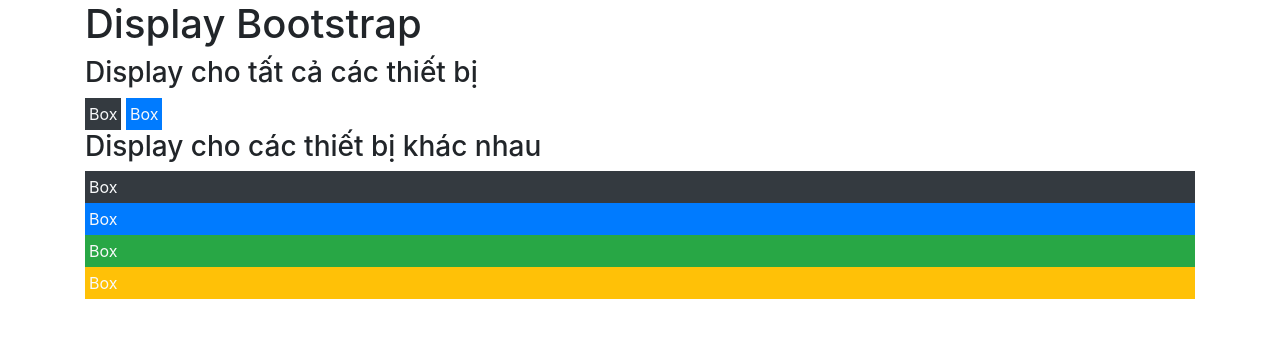
Repository: anhtu2110/front_end
Page: lesson/bootstrap/box/4.4-display.html
An editor plug-in stored every save of this project. The page is shown before and after the next save, followed by the edit.
The browser window is 1280 px wide. The pictures show the whole page.

Above is the page before, as saved 2022-12-02 08:38:22.

After the next save:
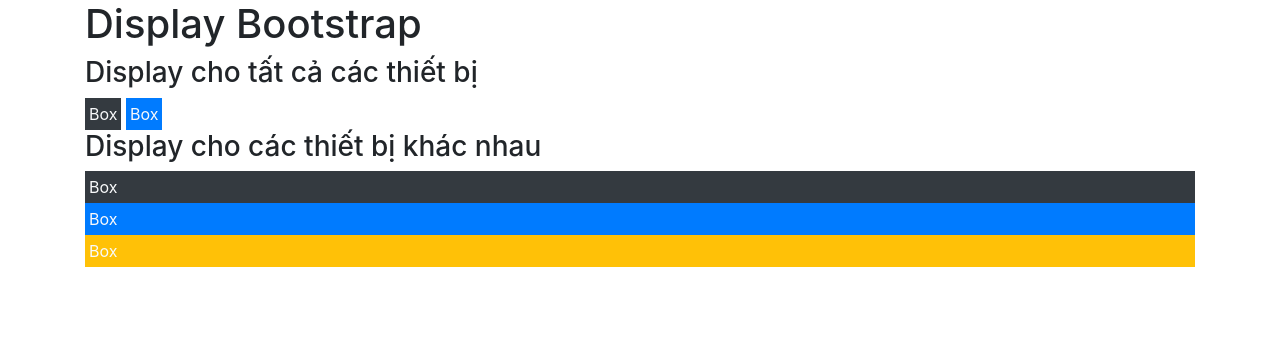
Saved 28 s later.
--- a/lesson/bootstrap/box/4.4-display.html
+++ b/lesson/bootstrap/box/4.4-display.html
@@ -18,7 +18,7 @@
           <h3>Display cho các thiết bị khác nhau</h3>
           <div class="box bg-dark p-1 text-light">Box</div>
           <div class="box bg-primary p-1 text-light">Box</div>
-          <div class="box bg-success p-1 text-light">Box</div>
+          <div class="box bg-success d-none p-1 text-light">Box</div>
           <div class="box bg-warning p-1 text-light">Box</div>
         </div>
       </div>

After the save that followed:
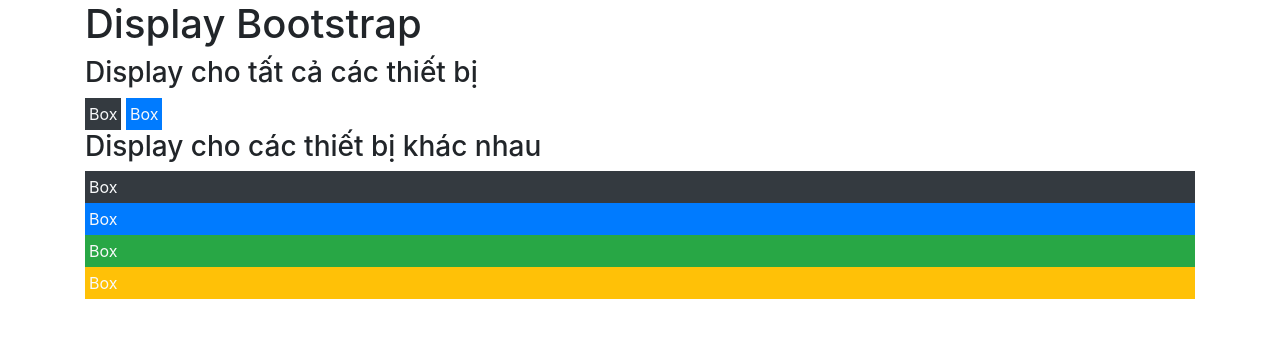
Saved 22 s later.
--- a/lesson/bootstrap/box/4.4-display.html
+++ b/lesson/bootstrap/box/4.4-display.html
@@ -16,9 +16,9 @@
           <div class="box bg-dark d-sm-inline-block p-1 text-light">Box</div>
           <div class="box bg-primary d-sm-inline-block p-1 text-light">Box</div>
           <h3>Display cho các thiết bị khác nhau</h3>
-          <div class="box bg-dark p-1 text-light">Box</div>
+          <div class="box bg-dark d-none d-md-block p-1 text-light">Box</div>
           <div class="box bg-primary p-1 text-light">Box</div>
-          <div class="box bg-success d-none p-1 text-light">Box</div>
+          <div class="box bg-success p-1 text-light">Box</div>
           <div class="box bg-warning p-1 text-light">Box</div>
         </div>
       </div>
